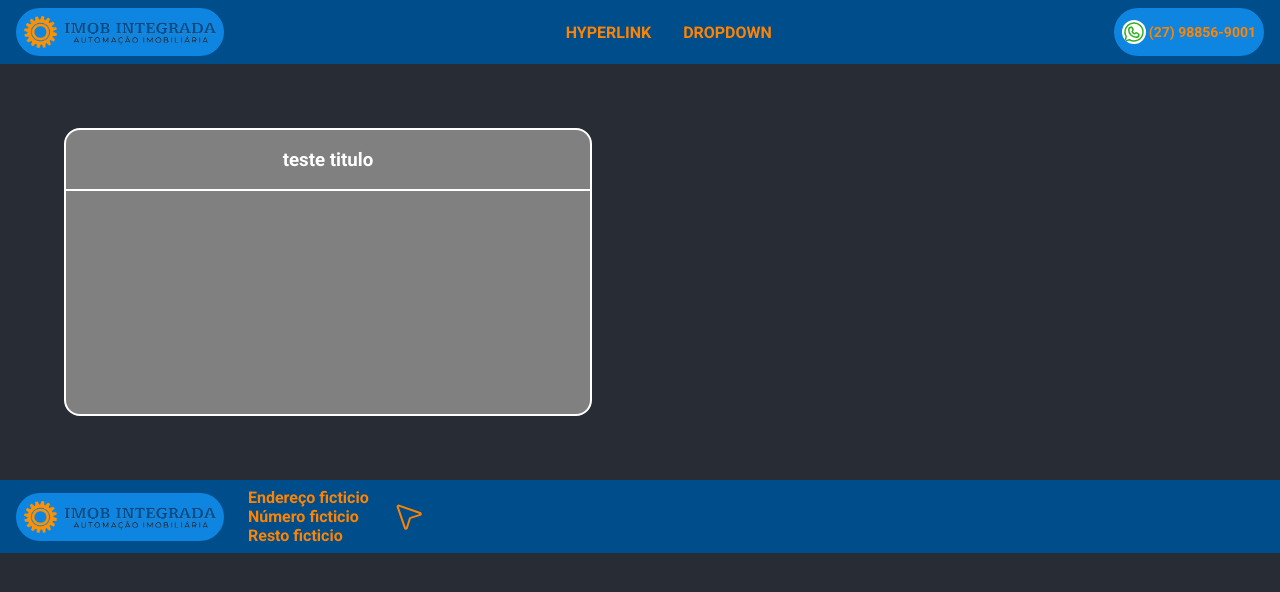
Repository: K0slov/testeAPI
Page: /
An editor plug-in stored every save of this project. The page is shown before and after the next save, followed by the edit.
The browser window is 1280 px wide. The pictures show the whole page.
The project was rebuilt for these pictures with package versions that can differ from the ones it lists, and the page was loaded fresh each time. Also part of the build but not shown: vite.config.ts.

Above is the page before, as saved 2022-06-27 18:37:57.

### index.html
<!DOCTYPE html>
<html lang="en">
  <head>
    <meta charset="UTF-8" />
    <link rel="icon" type="image/svg+xml" href="/src/favicon.svg" />
    <meta name="viewport" content="width=device-width, initial-scale=1.0" />
    <link rel="preconnect" href="https://fonts.googleapis.com" />
    <link rel="preconnect" href="https://fonts.gstatic.com" crossorigin />
    <link href="https://fonts.googleapis.com/css2?family=Roboto:wght@400;500;700&display=swap" rel="stylesheet" />
    <title>Teste Imob</title>
  </head>
  <body>
    <div id="root"></div>
    <script type="module" src="/src/main.tsx"></script>
  </body>
</html>

### src/App.tsx
import { Card } from "./components/Card/card"
import { Footer } from "./components/Footer/footer"
import { Header } from "./components/Header/header"


function App() {
  return (
    <>
      <Header />
      <Card />
      <Footer />
    </>
  )
}

export default App

### src/styles/global.css
body {
  height: 100%;
  margin: 0;
  font-family: 'Roboto', sans-serif;
  -webkit-font-smoothing: antialiased;
  -moz-osx-font-smoothing: grayscale;
  background-color: #282c34;
  color: white;
}
code {
  font-family: source-code-pro, Menlo, Monaco, Consolas, 'Courier New',
    monospace;
}

### src/components/Card/card.tsx
import './style.modeule.css'

export function Card() {
    return (
        <div className="card">
            <div className='titulo'>
                <h3>teste titulo</h3>
            </div>
            {/* <div className='conteudo'>
                <h3>teste conteudo</h3>
            </div> */}
        </div>
    )
}

### src/components/Footer/footer.tsx
import './style.modeule.css'
import image from '../../assets/logoLaranja.png'
import { NavigationArrow } from 'phosphor-react'

export function Footer() {
    return (
        <footer>
            <img src={image} />
            <a href='' target='_blank'>
                <div className='adress'>
                    <span>Endereço ficticio</span>
                    <span>Número ficticio</span>
                    <span>Resto ficticio</span>
                </div>
                <NavigationArrow size={32} />
            </a>
        </footer>
    )
}

### src/components/Header/header.tsx
import './style.modeule.css'
import image from '../../assets/logoLaranja.png'
import { WhatsappLogo } from "phosphor-react";

export function Header() {
    return(
        <header>
            <img src={image} />

            <nav className="menu">
                <a className="menu-item" href=" ">HYPERLINK</a>
                <a className="menu-item" href=" ">DROPDOWN</a>
            </nav>

            <a className="wppLink" href="">
                <div className="wpp">
                    <WhatsappLogo className="icon" size={24} color="#34af23" />
                    <p className="number">(27) 98856-9001</p>
                </div>
            </a>
        </header>
    )
}

### src/components/Card/style.modeule.css
.card {
    width: 33rem;
    height: 18rem;
    display: flex;
    border: 2px solid;
    border-radius: 1rem;
    border-color: white;
    flex-direction: column;
    background-color: gray;
    align-items: center;
    margin: 4rem;
    box-sizing: border-box;
}
.titulo {
    border-bottom: 2px solid;
    border-color: white;
    display: flex;
    width: 100%;
    height: auto;
    box-sizing: border-box;
    align-items: center;
    justify-content: center;
}

### src/components/Footer/style.modeule.css
footer {
    width: 100%;
    padding: 0.5rem 1rem;
    background-color: #004d8b;
    display: flex;
    align-items: center;
    color: #fd8402;
    position: fixed;
}
img {
    width: 12rem;
    height: 2rem;
    background: #0e86e1;
    border-radius: 5rem;
    padding: 0.5rem;
}
.adress {
    display: flex;
    flex-direction: column;
    margin: 0rem 1.5rem;
}
a {
    text-decoration: none;
    color: #fd8402;
    font-weight: bold;
    display: flex;
    align-items: center;
    justify-content: flex-start;
}

### src/components/Header/style.modeule.css
header{
    padding: 0.5rem 1rem;
    background-color: #004d8b;
    display: flex;
    align-items: center;
    color: #fd8402;
    justify-content: space-between;
}
img{
    width: 12rem;
    height: 2rem;
    background: #0e86e1;
    border-radius: 5rem;
    padding: 0.5rem;
}
.wpp {
    width: auto;
    height: 2rem;
    display: flex;
    flex-direction: row;
    background: #0e86e1;
    border-radius: 5rem;
    padding: 0.5rem;
    align-items: center;
    justify-content: flex-start;
}
.number {
    margin-left: 0.2rem;
    font-size: 14px;
}
.wppLink {
    text-decoration: none;
    color: #fd8402;
    font-weight: bold;
}
.wppLink:hover {
    color: #0e86e1;
    transition-duration: 150ms;
}
.wpp:hover {
    background: #fd8402;
    transition-duration: 150ms;
}
.menu {
    display: flex;
    justify-content: space-between;
}

.menu-item {
    margin: 0rem 1rem;
    color: #fd8402;
    text-decoration: none;
}
.menu-item:hover {
    opacity: 40%;
}
.icon {
    background: white;
    border-radius: 50%;
}

Loaded but not shown: src/main.tsx (common file)

After the next save:
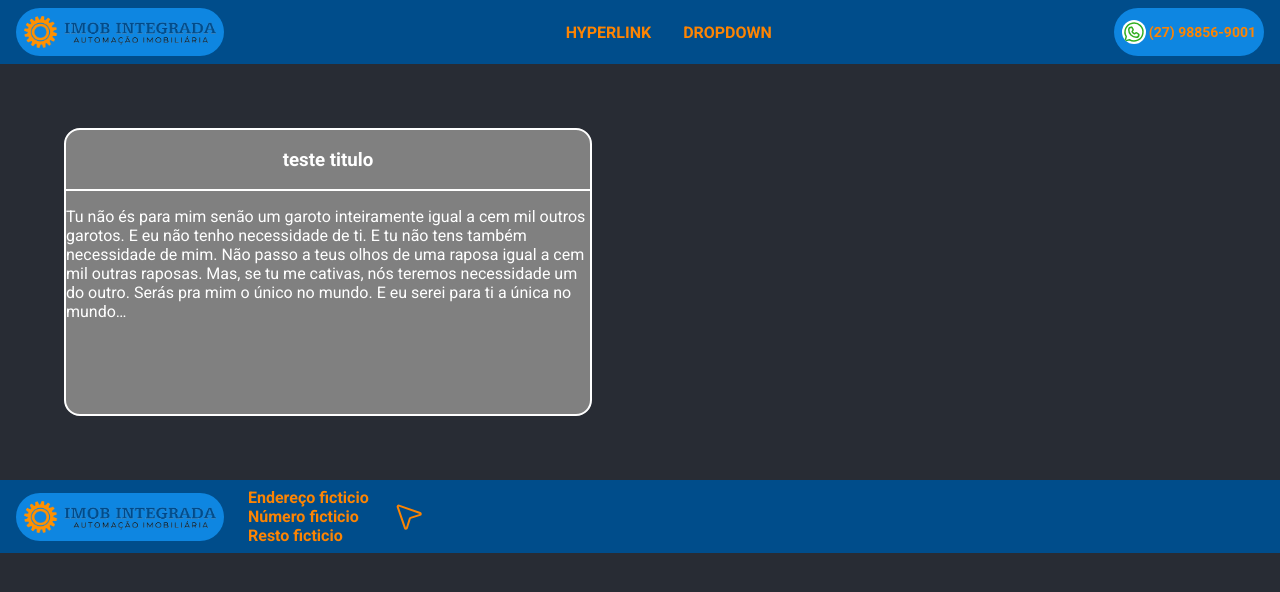
Saved 2 min 29 s later.
--- a/src/components/Card/card.tsx
+++ b/src/components/Card/card.tsx
@@ -6,9 +6,9 @@ export function Card() {
             <div className='titulo'>
                 <h3>teste titulo</h3>
             </div>
-            {/* <div className='conteudo'>
-                <h3>teste conteudo</h3>
-            </div> */}
+            <div className='conteudo'>
+                <p>Tu não és para mim senão um garoto inteiramente igual a cem mil outros garotos. E eu não tenho necessidade de ti. E tu não tens também necessidade de mim. Não passo a teus olhos de uma raposa igual a cem mil outras raposas. Mas, se tu me cativas, nós teremos necessidade um do outro. Serás pra mim o único no mundo. E eu serei para ti a única no mundo…</p>
+            </div>
         </div>
     )
 }
